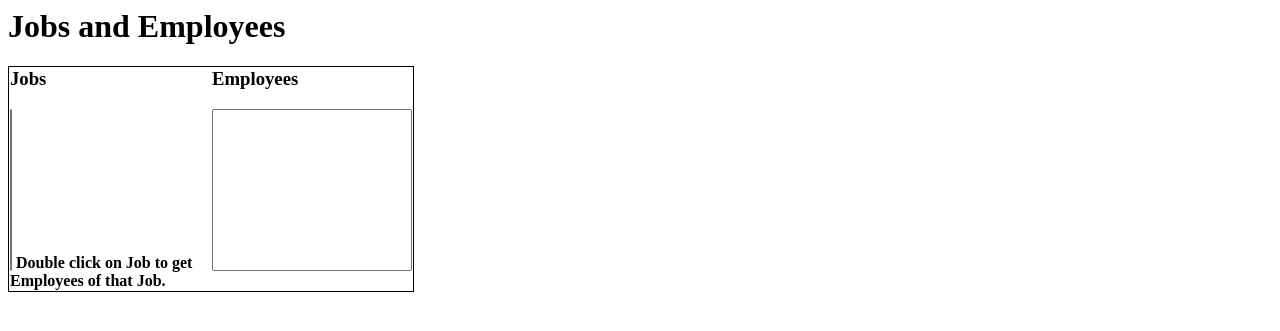
Repository: rejatavi/IntialCommit
Page: Web/WebContent/Jquery/jobs.html
These files come from the project's save history. The page is drawn as it stood at one moment and after the next save; the edit follows.
The browser window is 1280 px wide. The pictures show the whole page.

Above is the page before, as saved 2018-05-30 14:36:18.

### Web/WebContent/Jquery/jobs.html
<html>
<body>
	<h1>Jobs and Employees</h1>
	<table>
		<tr>
			<td valign="top" width="200px">
				<h3>Jobs</h3> <select id="jobs" size="10"
				ondblclick="getEmployees()"></select>
			<b>Double click on Job to get Employees of that Job.</b>
			</td>
			<td valign="top" width="200px">
				<h3>Employees</h3> <select id="employees" size="10"
				style="width: 200px"></select>
			</td>
		</tr>
	</table>
</body>
<head>
<style>
table,th{
border:1px solid black;
border-collapse:collapse;
}


</style>
<title>Jobs and Employees</title>
<script src="jquery-3.3.1.min.js"></script>
<script>
	// this is done when page is loaded  (document ready)
	$(function() {
		$.getJSON("jobs.jsp", {}, displayJobs);
	});
	function displayJobs(data) {
		$.each(data, function(index, job) {
			// add items to List box
			$("#jobs")
					.append(
							"<option value='" + job.id + "'>" + job.title
									+ "</option>");
		});
	}
	function getEmployees() {
		$("#employees").contents().remove(); // clear options
		$.getJSON("employees.jsp",
				  {jobid : $("#jobs").val()},
				  displayEmployees);
	}
	function displayEmployees(data) {
		$.each(data, function(index, fullname) {
			// add items to List box
			$("#employees").append("<option>" + fullname + "</option>");
		} // end of function
		); // each
	}
</script>
</head>
</html>

Loaded but not shown: Web/WebContent/Jquery/jquery-3.3.1.min.js (library)

After the next save:
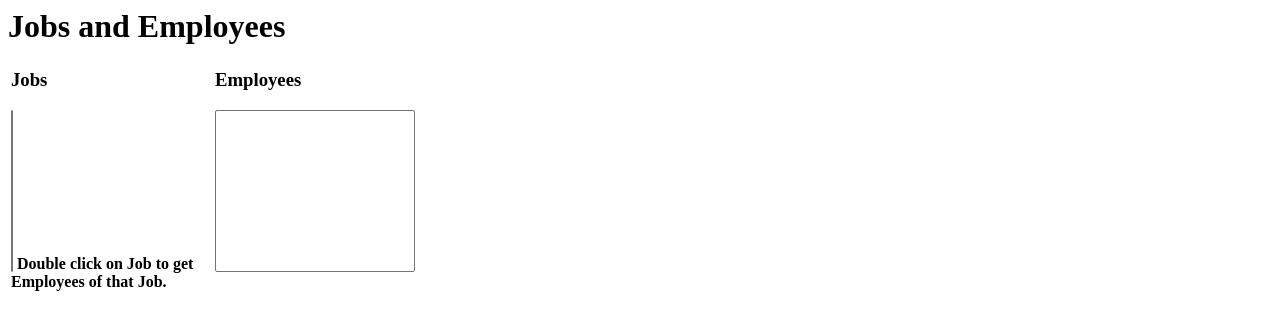
Saved 13 s later.
--- a/Web/WebContent/Jquery/jobs.html
+++ b/Web/WebContent/Jquery/jobs.html
@@ -16,14 +16,7 @@
 	</table>
 </body>
 <head>
-<style>
-table,th{
-border:1px solid black;
-border-collapse:collapse;
-}
 
-
-</style>
 <title>Jobs and Employees</title>
 <script src="jquery-3.3.1.min.js"></script>
 <script>
